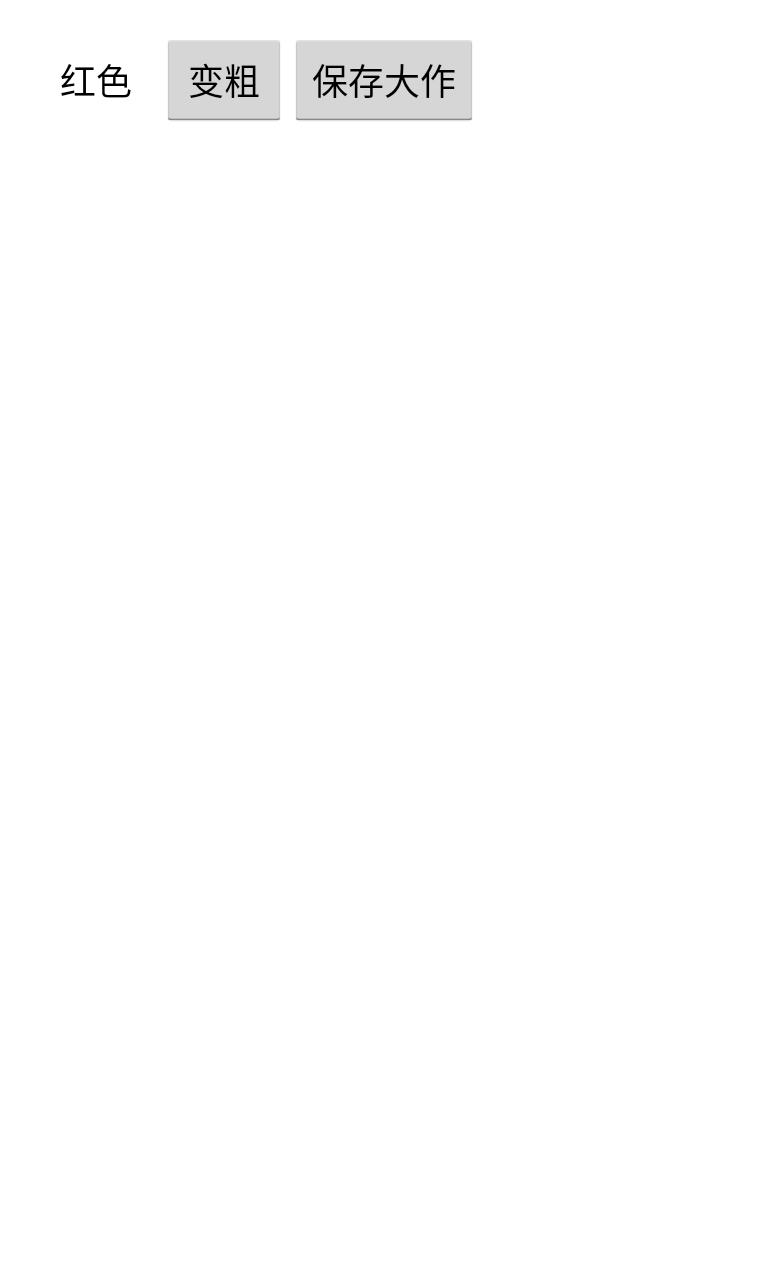
Repository: xfhy/Usually-learn-Android
Layout: 多媒体/4.画画板小案例/res/layout/activity_main.xml
An editor plug-in stored every save of this project. The layout is shown before and after the next save, followed by the edit.
It is drawn on a 768 x 1280 px phone screen (xhdpi) without system bars, with theme AppTheme; the app's code is not run.

Above is the layout before, as saved 2017-02-09 01:40:55.

After the next save:
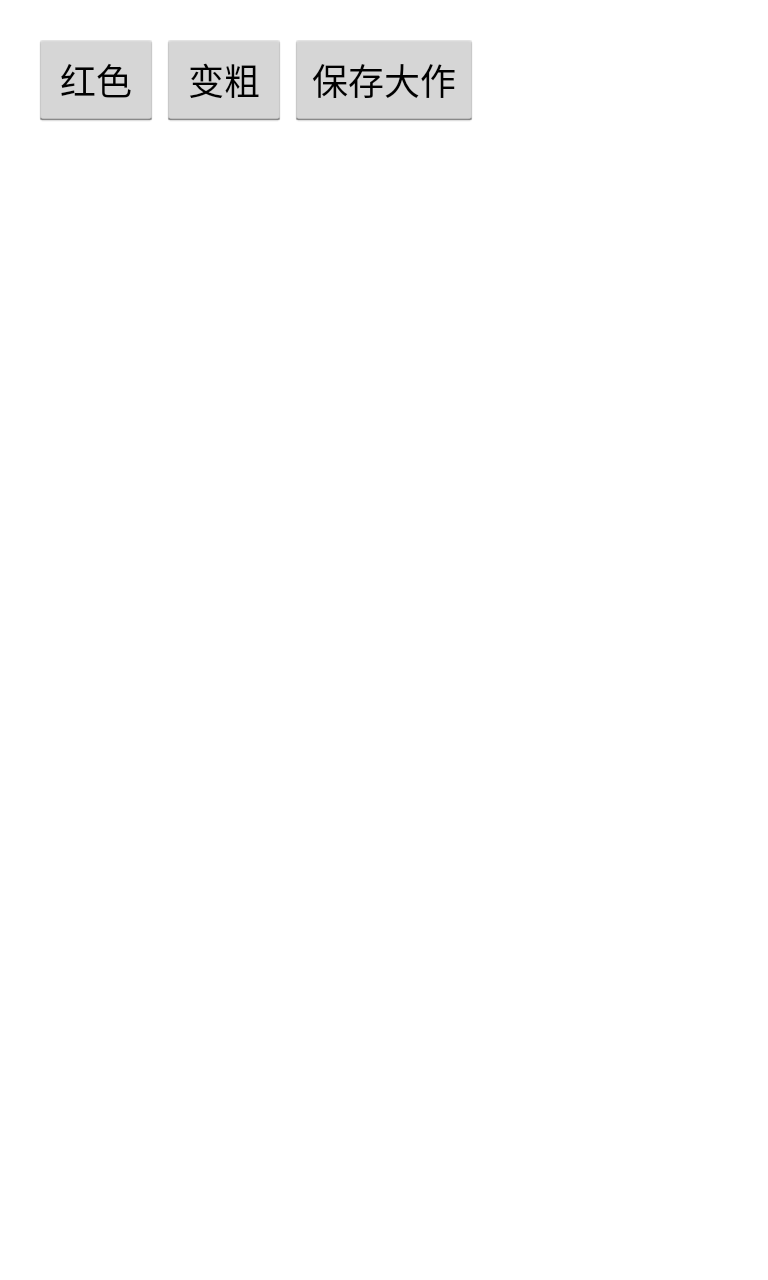
Saved 8 s later.
--- a/多媒体/4.画画板小案例/res/layout/activity_main.xml
+++ b/多媒体/4.画画板小案例/res/layout/activity_main.xml
@@ -21,7 +21,6 @@
 
         <Button
             android:id="@+id/bt_change_color"
-            style="?android:attr/buttonBarButtonStyle"
             android:layout_width="wrap_content"
             android:layout_height="wrap_content"
             android:text="红色" />

After the save that followed:
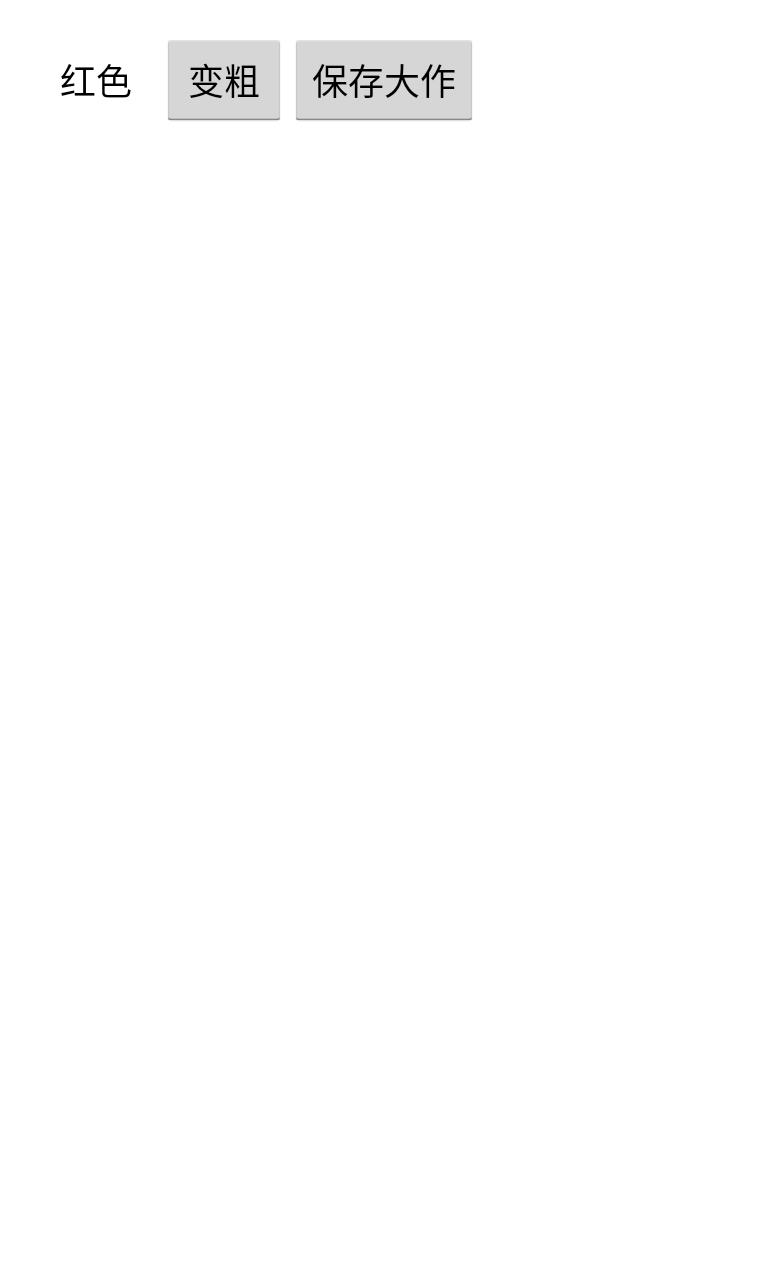
Saved 2 min 11 s later.
--- a/多媒体/4.画画板小案例/res/layout/activity_main.xml
+++ b/多媒体/4.画画板小案例/res/layout/activity_main.xml
@@ -23,6 +23,7 @@
             android:id="@+id/bt_change_color"
             android:layout_width="wrap_content"
             android:layout_height="wrap_content"
+            style="?android:attr/borderlessButtonStyle"
             android:text="红色" />
 
         <Button
